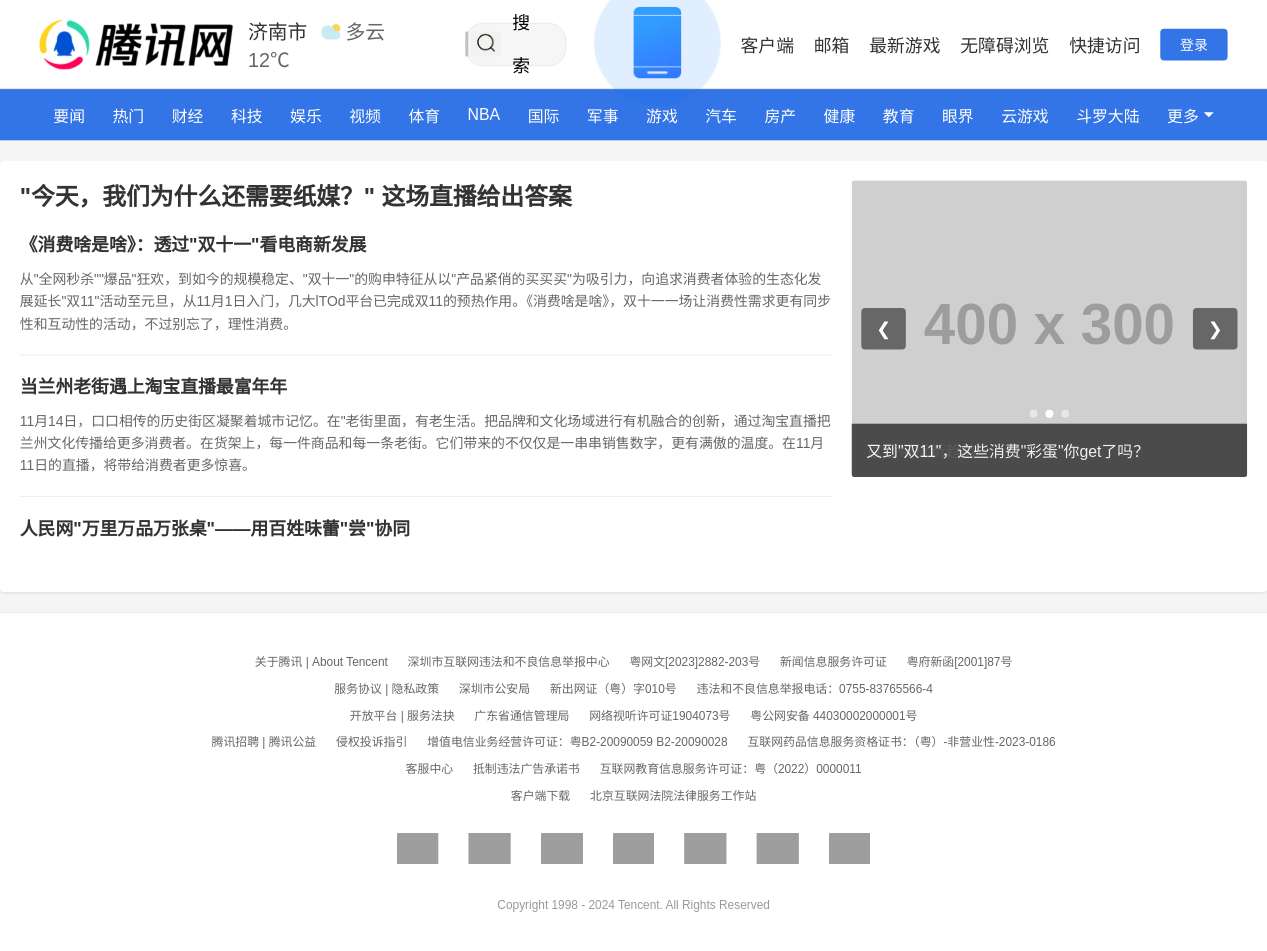
Repository: huang-heavenly-Emperor/xszy_TencentNews
Page: index.html
These files come from the project's save history. The page is drawn as it stood at one moment and after a run of saves; the edit follows.
The browser window is 1280 px wide. The pictures show the whole page, at 99% of full size.
Pictures or frames that could not be fetched are drawn as grey boxes. The style sheet was rebuilt from its Sass, Less or Tailwind sources for each picture, by a compiler version that may differ from the author's.

Above is the page before, as saved 2024-11-22 18:37:11.

After the next 3 saves:
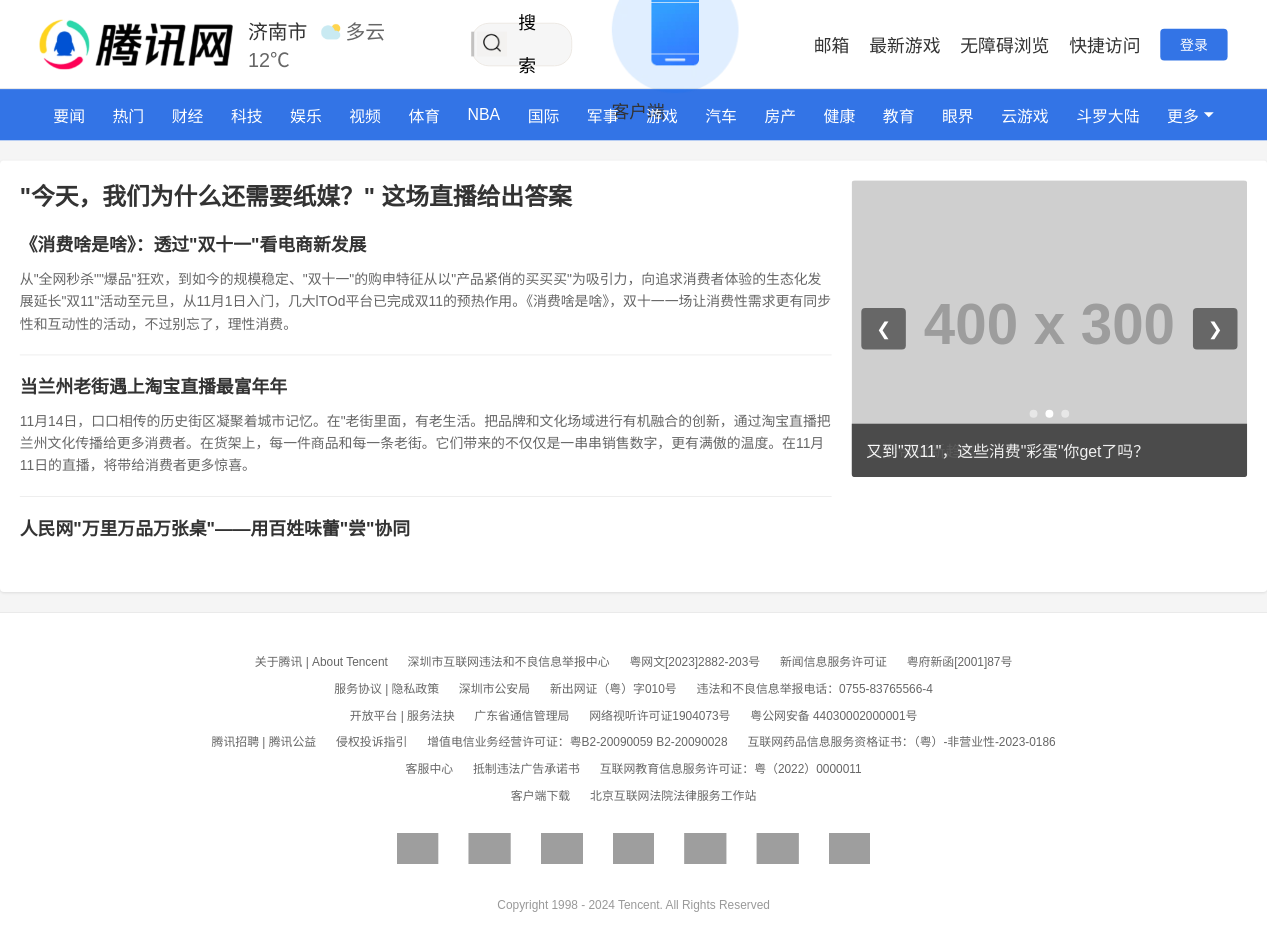
The 3 saves are shown as one change because they came seconds apart.
The last was saved 9 s later.
--- a/index.html
+++ b/index.html
@@ -26,10 +26,11 @@
                 <div class="right">
                     <div class="action-item">
                       <img src="./assets/images/icon_1.webp" alt="">
+                      <a href="#" class="nav-item">客户端</a>
                     </div>
 
 
-                    <a href="#" class="nav-item">客户端</a>
+
                     <a href="#" class="nav-item">邮箱</a>
                     <a href="#" class="nav-item">最新游戏</a>
                     <a href="#" class="nav-item">无障碍浏览</a>
